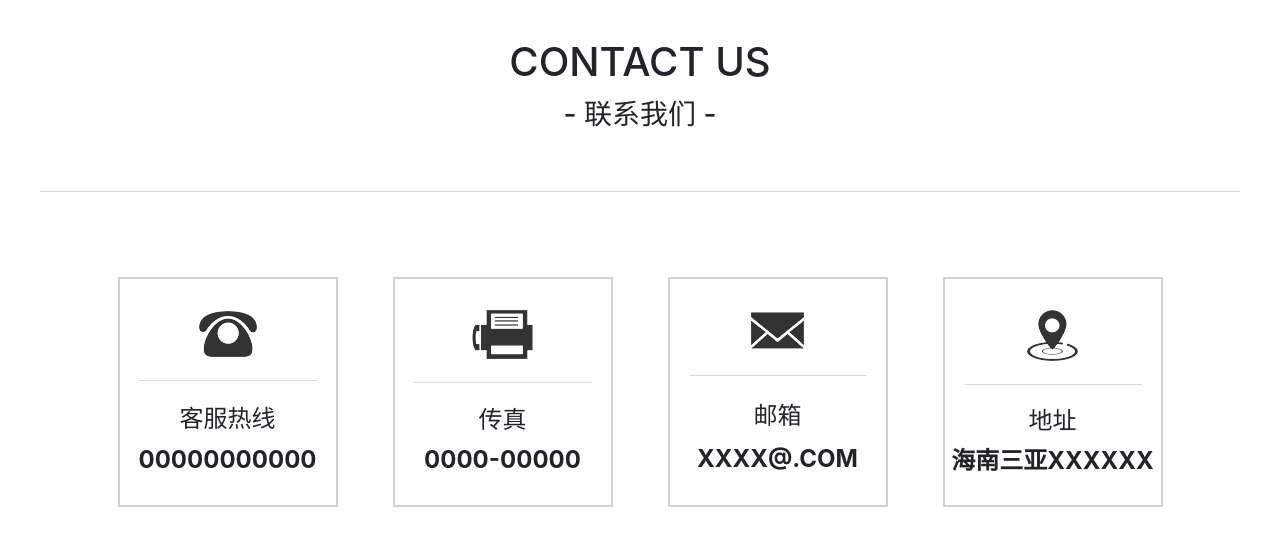
Repository: Noitom/Hadalsnailfish
Page: src/main/resources/static/html/connect.html
An editor plug-in stored every save of this project. The page is shown before and after the next save, followed by the edit.
The browser window is 1280 px wide. The pictures show the whole page.

Above is the page before, as saved 2021-12-14 15:00:26.

### src/main/resources/static/html/connect.html
<!DOCTYPE html>
<html lang="zh-CN">
<head>
    <meta charset="utf-8">
    <meta http-equiv="X-UA-Compatible" content="IE=edge">
    <meta name="viewport" content="width=device-width, initial-scale=1">
    <title>深海狮子鱼</title>
    <link href="../bootstrap/css/bootstrap.min.css" rel="stylesheet">
    <link href="../css/cl-css.css" rel="stylesheet">
    <link href="../font-awesome/css/font-awesome.min.css" rel="stylesheet">
    <link href="../element/element.css" rel="stylesheet" type="text/css">
    <style>
        .el-carousel__item h3 {
            color: #475669;
            font-size: 14px;
            opacity: 0.75;
            line-height: 150px;
            margin: 0;
        }

        .el-row {
            margin-bottom: 20px;
        &:last-child {
             margin-bottom: 0;
         }
        }
        .el-col {
            border-radius: 4px;
        }
        .bg-purple-dark {
            background: #99a9bf;
        }
        .bg-purple {
            background: #d3dce6;
        }
        .bg-purple-light {
            background: #e5e9f2;
        }
        .grid-content {
            border-radius: 4px;
            min-height: 36px;
        }
        .row-bg {
            padding: 10px 0;
            background-color: #f9fafc;
        }
        .szy-contact-way{
            width: 220px;
            height: 230px;
            border: 2px solid #d4d0d0;
            padding-top: 30px;
            padding-bottom: 20px;
        }

    </style>
</head>
<body>
<div id="app" style="background:#fff;">
    <!--顶部导航start-->
    <!--<div class="cl-header container-fluid">-->
    <!--<div class="header-content container">-->
    <!--<nav class="navbar navbar-expand-lg navbar-light">-->
    <!--<a class="navbar-brand" href="product.html">-->
    <!--<img src="../img/szy1.png" height="110" alt="">-->
    <!--</a>-->
    <!--<button class="navbar-toggler" type="button" data-toggle="collapse" data-target="#navbarNav" aria-controls="navbarNav" aria-expanded="false" aria-label="Toggle navigation">-->
    <!--<span class="navbar-toggler-icon"></span>-->
    <!--</button>-->
    <!--<div class="collapse navbar-collapse justify-content-end" id="navbarNav">-->
    <!--<el-menu  class="el-menu-demo" mode="horizontal"  text-color="#2b2b2b" default-active="5" active-text-color="rgb(91, 146, 251)">-->
    <!--<el-menu-item index="1"> <a href="../index.html">首页</a> </el-menu-item>-->
    <!--&lt;!&ndash; <el-submenu index="2"> &ndash;&gt;-->
    <!--<el-menu-item index="2" > <a href="product.html">所有产品</a> </el-menu-item>-->
    <!--<el-menu-item index="3" > <a href="help.html">技术支持</a> </el-menu-item>-->
    <!--<el-menu-item index="4" > <a href="#">合作伙伴</a> </el-menu-item>-->
    <!--<el-menu-item index="5"><a href="connect.html">联系我们</a></el-menu-item>-->
    <!--</el-menu>-->
    <!--&lt;!&ndash; <el-menu-item index="2-1"> <a href="html/product.html">所有产品</a> </el-menu-item> &ndash;&gt;-->
    <!--&lt;!&ndash; <el-submenu index="2-2">-->
    <!--<template slot="title">应用分类</template>-->
    <!--<el-menu-item index="2-2-1">生物于微生物</el-menu-item>-->
    <!--<el-menu-item index="2-2-2">地球物理与资源</el-menu-item>-->
    <!--<el-menu-item index="2-2-3">地质与地球化学</el-menu-item>-->
    <!--<el-menu-item index="2-2-4">物理海洋规划</el-menu-item>-->
    <!--<el-menu-item index="2-2-5">水下运载潜水器</el-menu-item>-->
    <!--</el-submenu>-->
    <!--<el-submenu index="2-3">-->
    <!--<template slot="title">深度分类</template>-->
    <!--<el-menu-item index="2-3-1">300</el-menu-item>-->
    <!--<el-menu-item index="2-3-2">1500</el-menu-item>-->
    <!--<el-menu-item index="2-3-3">3000</el-menu-item>-->
    <!--<el-menu-item index="2-3-4">4500</el-menu-item>-->
    <!--<el-menu-item index="2-3-5">6000</el-menu-item>-->
    <!--<el-menu-item index="2-3-5">11000</el-menu-item>-->
    <!--</el-submenu>-->
    <!--<el-submenu index="2-4">-->
    <!--<template slot="title">海工领域</template>-->
    <!--<el-menu-item index="2-4-1">近岸工作</el-menu-item>-->
    <!--<el-menu-item index="2-4-2">深海工程</el-menu-item>-->
    <!--</el-submenu>-->
    <!--<el-submenu index="2-5">-->
    <!--<template slot="title">应用视频</template>-->
    <!--<el-menu-item index="2-5-1">典型应用影片展示与介绍</el-menu-item>-->
    <!--<el-menu-item index="2-5-2">选项2</el-menu-item>-->
    <!--<el-menu-item index="2-5-3">选项3</el-menu-item> &ndash;&gt;-->
    <!--&lt;!&ndash; </el-submenu>-->
    <!--</el-submenu>-->
    <!--<el-submenu index="3"> &ndash;&gt;-->
    <!--&lt;!&ndash; <el-menu-item index="3-1"><a href="html/help.html">技术指导</a></el-menu-item>-->
    <!--<el-menu-item index="3-2">售后服务</el-menu-item> &ndash;&gt;-->
    <!--&lt;!&ndash; </el-submenu> &ndash;&gt;-->
    <!--</div>-->
    <!--</nav>-->
    <!--</div>-->
    <!--</div>-->
    <!--顶部导航end-->
    <!--轮播图-->
    <!--<div class="" >-->
    <!--<template>-->
    <!--<div class="block">-->
    <!--<el-carousel height="300px">-->
    <!--<el-carousel-item v-for="item in imageList" :key="item">-->
    <!--<img :src="item" style="width: 100%;height:720px">-->
    <!--</el-carousel-item>-->
    <!--</el-carousel>-->
    <!--</div>-->
    <!--</template>-->
    <!--</div>-->
    <!--首页其他内容展示-->

    <div class="container-fluid">
        <div class="d-flex flex-column justify-content-around align-items-center " style="height: 600px;padding-bottom: 50px">
            <div class="d-flex flex-column justify-content-around align-items-center" style="height: 200px;">
                <div style="height: 90px; text-align: center;padding-top: 30px">
                    <h1>CONTACT US</h1>
                </div>
                <div style="height: 80px;text-align: center">
                    <h3>- 联系我们 -</h3>
                </div>
                <div style="height: 30px;">
                    <img src="../img/AD0IhdDxBBAEGAAgv7CfvgUo3Iz0ogYwsAk4AQ.png">
                </div>
            </div>
        <div class="d-flex flex-wrap bg-light"></div>
            <div class="d-flex flex-row justify-content-around align-items-center" style="height: 300px;width: 1200px;padding-left: 50px;padding-right: 50px">
                <div class="d-flex flex-column justify-content-around align-items-center szy-contact-way" >
                    <img src="../img/AD0IhdDxBBAEGAAg0bCfvgUo47q5tAMwOjgu.png">
                    <img src="../img/AD0IhdDxBBAEGAAgz7CfvgUowOry3wcwsgE4AQ.png" style="margin-top: 20px;margin-bottom: 20px">
                    <h4>客服热线</h4>
                    <h4><b>00000000000</b></h4>
                </div>
                <div class="d-flex flex-column justify-content-around align-items-center szy-contact-way" >
                    <img src="../img/AD0IhdDxBBAEGAAgxrCfvgUo8vC3RzA9ODE.png">
                    <img src="../img/AD0IhdDxBBAEGAAgz7CfvgUowOry3wcwsgE4AQ.png" style="margin-top: 20px;margin-bottom: 20px">
                    <h4>传真</h4>
                    <h4><b>0000-00000</b></h4>
                </div>
                <div class="d-flex flex-column justify-content-around align-items-center szy-contact-way" >
                    <img src="../img/AD0IhdDxBBAEGAAgx7CfvgUosLOd0QMwNTgl.png">
                    <img src="../img/AD0IhdDxBBAEGAAgz7CfvgUowOry3wcwsgE4AQ.png" style="margin-top: 20px;margin-bottom: 20px">
                    <h4>邮箱</h4>
                    <h4><b>XXXX@.COM</b></h4>
                </div>
                <div class="d-flex flex-column justify-content-around align-items-center szy-contact-way" >
                    <img src="../img/AD0IhdDxBBAEGAAg0LCfvgUo4N3IKjAzODM.png">
                    <img src="../img/AD0IhdDxBBAEGAAgz7CfvgUowOry3wcwsgE4AQ.png" style="margin-top: 20px;margin-bottom: 20px">
                    <h4>地址</h4>
                    <h4><b>海南三亚XXXXXX</b></h4>
                </div>
            </div>
        </div>
    </div>
</div>

    <!--<div class="container-fluid cl-footer">-->
    <!--<div class="container">-->
    <!--<div class="row">-->
    <!--<div class="col-md-4">-->
    <!--<p class="cl-copyright">关于我们</p>-->
    <!--<p class="cl-copyright">-->
    <!--<img src="../img/formargin.webp">-->
    <!--联系电话:xxxxxx-->
    <!--</p>-->

    <!--</div>-->
    <!--<div class="col-md-4">-->
    <!--<p class="cl-copyright">关于我们</p>-->
    <!--<p class="cl-copyright">-->
    <!--<img src="../img/email.webp">-->
    <!--邮箱：xxx@.com</p>-->
    <!--</div>-->
    <!--<div class="col-md-4">-->
    <!--<p class="cl-copyright">关于我们</p>-->
    <!--<p class="cl-copyright">-->
    <!--<img src="../img/address.webp" alt="">-->
    <!--公司地址:</p>-->
    <!--</div>-->
    <!--</div>-->
    <!--<p class="cl-copyright">本设计由XXX荣誉出品</p>-->
    <!--<p class="cl-copyright">copyright @ 2017~2018 XXXXX</p>-->
    <!--</div>-->
    <!--</div>-->
</div>
<script src="../jquery/jquery.min.js"></script>
<script src="../bootstrap/js/bootstrap.min.js"></script>
<script src="../element/vue.js"></script>
<script src="../element/element.js"></script>
<script type="text/javascript">
    //配置对象 options
    new Vue({
        // 配置选项(option)
        // element: 指定用vue来管理页面中的哪个标签区域
        el: '#app',
        data: {
            isCollapse: true,
            imageList:[
                '../img/AD0IhdDxBBACGAAg87q03wUomNK66wUwgA840QU.jpg',
                '../img/AD0IhdDxBBACGAAg87q03wUokNmXkwUwgA840QU.jpg'
            ],
            message:'公司简介：XXXXXXXXXXXXX'

        },
        methods: {

        }
    });

</script>
</body>
</html>

### src/main/resources/static/css/cl-css.css
/*global*/
body{
    background-color: #f4f4f4;
}

a{
    display: block;
    color:#333;
    font-size: 16px;
    font-family: 微软雅黑;
}
a:hover{
    color:#076ce0;
    text-decoration: none;
}
/*header*/
.cl-header {
    background-color: #fff;
    /*height: 80px;*/
    /*line-height: 80px;*/
    /*box-shadow:0 5px 15px rgba(153, 153, 153, 0.1)!*添加阴影*!*/
}
.header-content{
    position: relative;
}

@media (min-width: 992px){
    .navbar-expand-lg .navbar-nav .nav-link {
        padding-right: 1rem;
        padding-left: 1rem;
    }
}
.navbar-toggler:not(:disabled):not(.disabled):focus{
    outline: none;
}
.navbar{
    padding:0;
}
.navbar-light .navbar-nav .active>.nav-link{
    color: #333;
    font-weight: bold;
    display: inline-block;
    padding: 0 20px;
}
.navbar-light .navbar-nav .active>.nav-link:hover{
    color: #076ce0;
}

.nav .nav-item a.active{
    color: #076ce0;
    font-weight: bold;
}

.navbar .navbar-brand img{
    max-width: 100%;
    max-height: 100%;
}
.recommend-index{
    margin-bottom:20px;
}



/*footer*/
.cl-footer{
    background-color: #2d3e50;
    text-align: center;
    padding:2rem 0 1rem 0;
    /* margin:1rem 0 1rem 0; */
    border-top:1px solid #f1f1f1;
    /*margin-left: 10px;*/

}
.cl-footer-link a{
    font-size:20px;
    padding:1rem 0;
    color:#666;
}

.cl-copyright{
    color:#666;
    font-size:14px;
    line-height:0.8em;

}

.text-primary{
    text-align: right;
}
.text-primary a{
    font-size:14px;
    color:#666;
}
@media (min-width: 576px){
    .ll-panel{
        max-width: 30%;
    }
}

/*recommend aritical*/
.recommend-panel{
    margin:20px 0;
}
.recommend-panel a.recommend-panel-link{
    display: block;
}
.recommend-panel-bottom{
    padding:0.5rem;
    font-size:14px;
}
.ll-title{
    margin:3rem 0 1rem 0;
    color:#333;
}
.recommend-panel-top{
    overflow: hidden;
    height: 12rem;
}

.recommend-panel-top img,.recommend-item img,.cl-card-image img{
    width: 100%;
    max-width: 100%;
    transition:0.4s ease-out;
    -webkit-transition:0.4s ease-out;
    -moz-transition:0.4s ease-out;
    -o-transition:0.4s ease-out;
}
.recommend-panel-top img:hover,.recommend-item img:hover,.cl-card-image img:hover{
    transform: scale(1.1, 1.1);
    -webkit-transform: scale(1.1, 1.1);
    -o-transform: scale(1.1, 1.1);
    -moz-transform: scale(1.1, 1.1);
}
/* 第二模块 */
.jumbotron-one{
    height: 650px;
    position: relative;
}
.szy-tow {
    height: 600px;
    width: 300px;
    position: absolute;
    left: 30%;
    top: 50%;
    transform: translate(-50%)
    translatey(-50%)

}
.szy-tow p{
    font-size: 20px;
    font-family: 微软雅黑;
}
.szy-tow span {
    font-size: 13px;
    font-family: 微软雅黑;
}
.szy-tow-one {
    height: 600px;
    width: 500px;
    position: absolute;
    left: 50%;
    top: 5%;
    background: url(cssimg/szy1.png) no-repeat;
}
/* .container-tow{
    width:1200px;
    height: 291px;
    position: absolute;
    left: 50%;
    top: 50%;
    transform: translate(-50%)
    translatey(-50%);
}
.word{
    font-size: 30px;
    font-family: 微软雅黑;
    color: blue;
    font-weight:bold ;
    max-width: 750px;
    padding: 20px 75px 20px 75px;
    margin: 10px;
    line-height: 90px;
}
.word-1{
    width: 500px;
    height: 150px;
    position: absolute;
    left: 7%;
    top: 30%;
    /* transform: translate(-50%)
    translatey(-50%); */
/* } */
/* .word-i span{
    font-size: 16px;
    font-family: 微软雅黑;
    color: black;
    padding: 0px 90px;
    left: 50%;
}
.image-1{
    width: 388px;
    height: 388px;
    position: absolute;
    left: 75%;
    top: 50%;
    transform: translate(-50%)
    translatey(-50%);
}
.image-2{
    width: 65px;
    height: 65px;
    position: absolute;
    left: 10%;
    top: 100%;
    transform: translate(-50%)
    translatey(-50%);
}
.but-1{
    width: 120px;
    height: 65px;
    background: #5d94fb;
    position: absolute;
    left: 90%;
    top: 55%;
    transform: translate(-50%)
    translatey(-50%);
    cursor: default;
}
.but-1 a{
    height: 100px;
    text-decoration: none;
    font-size: 16px;
    line-height: 63px;
    text-align: center;
    color: #fff;
    position: absolute;
    left: 50%;
    top: 70%;
    transform: translate(-50%)
    translatey(-50%);
}
.but-2{
    width: 80px;
    height: 65px;
    background: #2a5cb9;
    position: absolute;
    left: 98%;
    top: 55%;
    transform: translate(-50%)
    translatey(-50%);
    cursor: default;
}
.but-2 span{
    height: 100px;
    text-decoration: none;
    font-size: 40px;
    line-height: 63px;
    text-align: center;
    color: #fff;
    position: absolute;
    left: 50%;
    top: 70%;
    transform: translate(-50%)
    translatey(-50%);
} */
/* 产品介绍界面*/
.jumbotron-i{
    height: 670px;
    position: relative;
}
.container-i{
    width: 320px;
    height: 96px;
    margin:0 auto;
    position: absolute;
    left: 30%;
    top: 20%;
    transform: translate(-50%)
    translatey(-50%);
}
.container-i span{
    font-size: 30px;
    color: rgb(51, 129, 255);
    font-weight:bold;
    font-family: 微软雅黑;
}
.mod_service{
    width: 1800px;
    height: 400px;
}
.mod_service ul li{
    float: left;
    width: 300px;
    height: 300px;
}
.mod_service ul li h5{
    float: left;
    width: 280px;
    height: 280px;
}
.mod_service ul li h4{
    float: left;
    width: 280px;
    height: 280px;
}
.mod_service ul li p{
    float: left;
    width: 280px;
    height: 280px;
}

/*字体*/
.szy-yahei{
    font-family: 微软雅黑;
}

.szy-yahei-22px-blue{
    font-family: 微软雅黑;
    font-size: 22px;
    color: rgb(91, 146, 251);
    margin-bottom: 0
}

.szy-yahei-18px-white{
    font-family: 微软雅黑;
    color: rgb(255, 255, 255);
    font-size: 18px;
    margin-bottom: 0
}

.szy-yahei-16px-white{
    font-family: 微软雅黑;
    color: rgb(255, 255, 255);
    font-size: 16px;
    margin-bottom: 0
}

.szy-index-img{
    height: 250px;
    width: 250px
}

.szy-end-padding{
    padding: 5px;
}

Loaded but not shown: src/main/resources/static/bootstrap/css/bootstrap.min.css (library); src/main/resources/static/font-awesome/css/font-awesome.min.css (library); src/main/resources/static/element/element.css (library); src/main/resources/static/jquery/jquery.min.js (library); src/main/resources/static/bootstrap/js/bootstrap.min.js (library); src/main/resources/static/element/vue.js (library); src/main/resources/static/element/element.js (library)

After the next save:
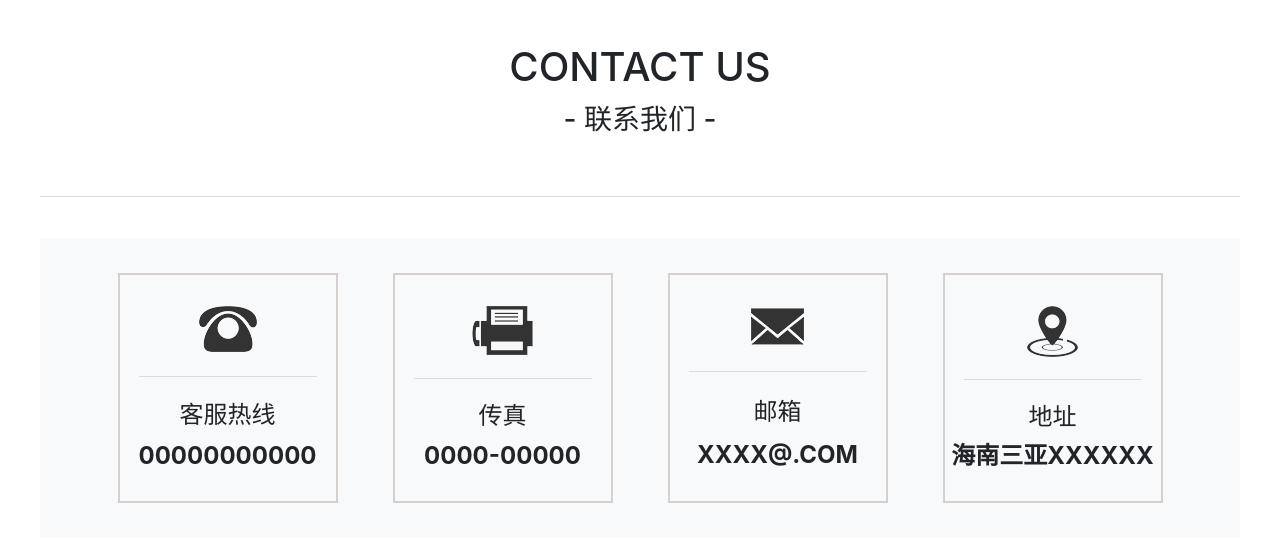
Saved 87 s later.
--- a/src/main/resources/static/html/connect.html
+++ b/src/main/resources/static/html/connect.html
@@ -141,8 +141,7 @@
                     <img src="../img/AD0IhdDxBBAEGAAgv7CfvgUo3Iz0ogYwsAk4AQ.png">
                 </div>
             </div>
-        <div class="d-flex flex-wrap bg-light"></div>
-            <div class="d-flex flex-row justify-content-around align-items-center" style="height: 300px;width: 1200px;padding-left: 50px;padding-right: 50px">
+            <div class="d-flex flex-row justify-content-around align-items-center bg-light" style="height: 300px;width: 1200px;padding-left: 50px;padding-right: 50px">
                 <div class="d-flex flex-column justify-content-around align-items-center szy-contact-way" >
                     <img src="../img/AD0IhdDxBBAEGAAg0bCfvgUo47q5tAMwOjgu.png">
                     <img src="../img/AD0IhdDxBBAEGAAgz7CfvgUowOry3wcwsgE4AQ.png" style="margin-top: 20px;margin-bottom: 20px">
@@ -170,7 +169,6 @@
             </div>
         </div>
     </div>
-</div>
 
     <!--<div class="container-fluid cl-footer">-->
     <!--<div class="container">-->
